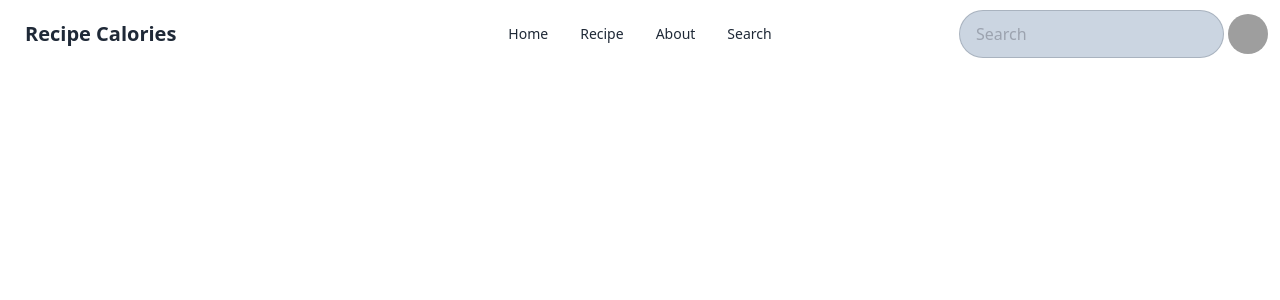
Repository: RudrasahaDibos/Chefs-table
Page: /
The author's editor kept a copy of each file at every save. The page is drawn from the files as they stood at one save, then again after a run of saves.
The browser window is 1280 px wide. The pictures show the whole page.
Pictures or frames that could not be fetched are drawn as grey boxes. The project was rebuilt for these pictures with package versions that can differ from the ones it lists, and the page was loaded fresh each time. Also part of the build but not shown: vite.config.js, src/App.css.

Above is the page before, as saved 2024-12-18 21:10:30.

### src/App.jsx

import './App.css'
import Header from './Component/Header/Header'
import Recipes from './Component/Recipes/Recipes'

function App() {


  return (
    <div className='container mx-auto'>
        <Header></Header>
        <Recipes></Recipes>

    </div>
  )
}

export default App

### src/Component/Header/Header.jsx
import { FaBeer } from "react-icons/fa";
const Header = () => {
    return (
        <div className="max-w-7xl mx-auto">
              <div className="navbar bg-base-100">
  <div className="navbar-start">
    <div className="dropdown">
      <div tabIndex="0" role="button" className="btn btn-ghost lg:hidden">
        <svg
          xmlns="http://www.w3.org/2000/svg"
          className="h-5 w-5"
          fill="none"
          viewBox="0 0 24 24"
          stroke="currentColor">
          <path
            strokeLinecap="round"
            strokeLinejoin="round"
            strokeWidth="2"
            d="M4 6h16M4 12h8m-8 6h16" />
        </svg>
      </div>
      <ul
        tabIndex="0"
        className="menu menu-sm dropdown-content bg-base-100 rounded-box z-[1] mt-3 w-52 p-2 shadow">
        <li><a>Home</a></li>
      <li><a>Recipe</a></li>
      <li><a>About</a></li>
      <li><a>Search</a></li>
      </ul>
    </div>
    <a className="btn btn-ghost text-xl font-bold">Recipe Calories</a>
  </div>
  <div className="navbar-center hidden lg:flex">
    <ul className="menu menu-horizontal px-1">
      <li><a>Home</a></li>
      <li><a>Recipe</a></li>
      <li><a>About</a></li>
      <li><a>Search</a></li>
    </ul>
  </div>
  <div className="navbar-end ">
  <div className="form-control ">
      <input type="text" placeholder="Search" className="input bg-slate-300 text-black rounded-full input-bordered w-24 md:w-auto" />

    </div>
    <div tabIndex="0" role="button" className="btn btn-ghost btn-circle avatar">
        <div className="w-10 rounded-full">
          <img
            alt="Tailwind CSS Navbar component"
            src="https://img.daisyui.com/images/stock/photo-1534528741775-53994a69daeb.webp" />
        </div>
      </div>
  </div>
</div>
        </div>
    );
};

export default Header;

### src/Component/Recipes/Recipes.jsx
import React from 'react';

const Recipes = () => {
    return (
        <div>

        </div>
    );
};

export default Recipes;

Loaded but not shown: index.html (common file); src/main.jsx (common file); src/index.css (common file); tailwind.config.js (common file)

After the next 2 saves:
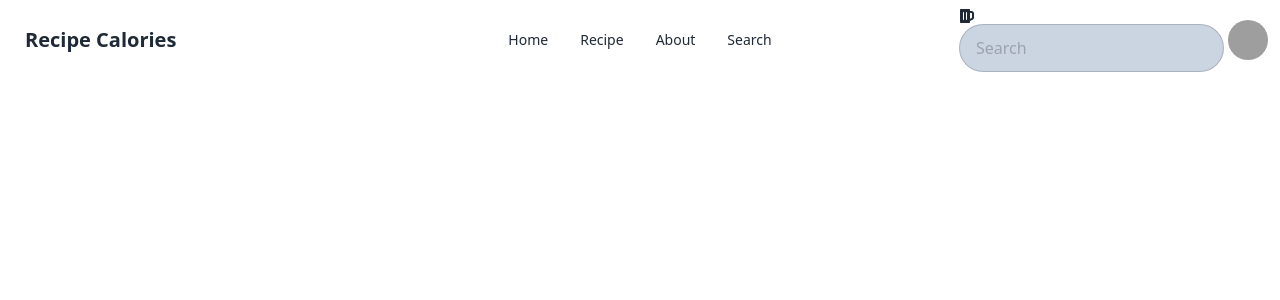
The 2 saves are shown as one change because they came seconds apart.
The last was saved 48 s later.
--- a/src/Component/Header/Header.jsx
+++ b/src/Component/Header/Header.jsx
@@ -40,6 +40,7 @@
   </div>
   <div className="navbar-end ">
   <div className="form-control ">
+   <FaBeer />
       <input type="text" placeholder="Search" className="input bg-slate-300 text-black rounded-full input-bordered w-24 md:w-auto" />
 
     </div>

After the 2 saves that followed:
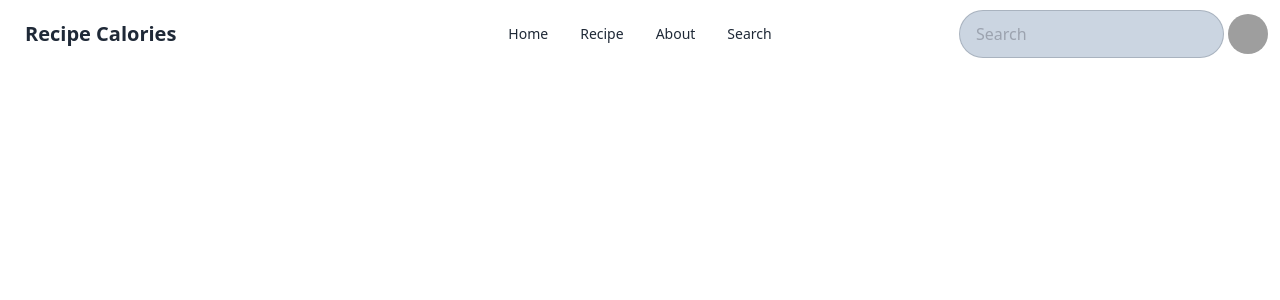
The 2 saves are shown as one change because they came seconds apart.
The last was saved 85 s later.
--- a/src/Component/Header/Header.jsx
+++ b/src/Component/Header/Header.jsx
@@ -40,7 +40,6 @@
   </div>
   <div className="navbar-end ">
   <div className="form-control ">
-   <FaBeer />
       <input type="text" placeholder="Search" className="input bg-slate-300 text-black rounded-full input-bordered w-24 md:w-auto" />
 
     </div>
